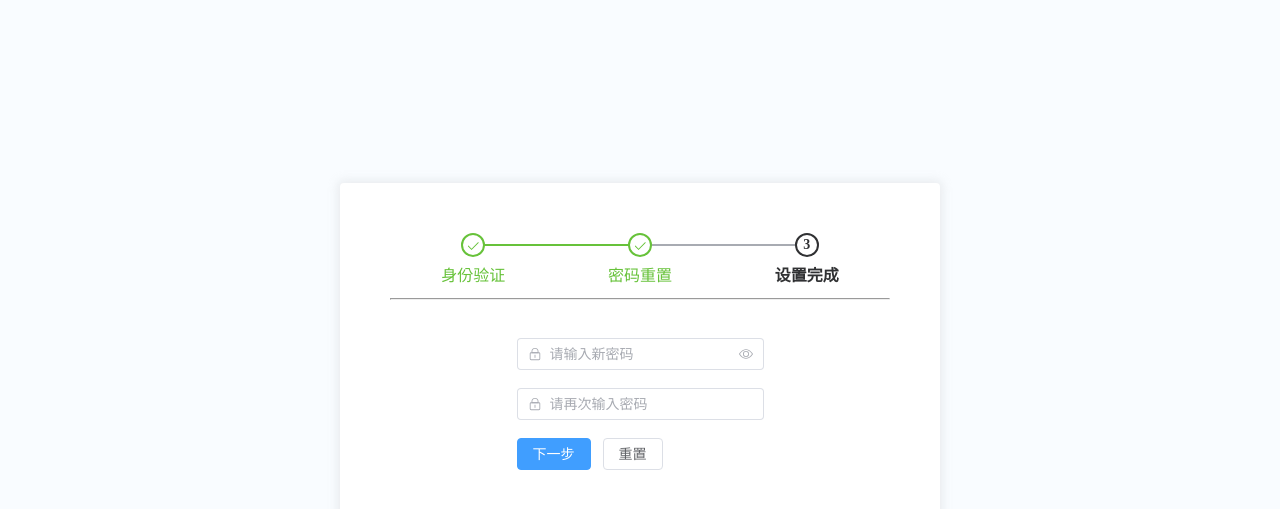
Repository: Harmony-camp/ckw-manager
Page: /#/ForgotPassword (app in manage/)
The author's editor kept a copy of each file at every save. The page is drawn from the files as they stood at one save, then again after the next save.
The browser window is 1280 px wide. The pictures show the whole page.
The project was rebuilt for these pictures with package versions that can differ from the ones it lists, and the page was loaded fresh each time. Also part of the build but not shown: manage/vite.config.js.

Above is the page before, as saved 2023-05-27 11:28:30.

After the next save:
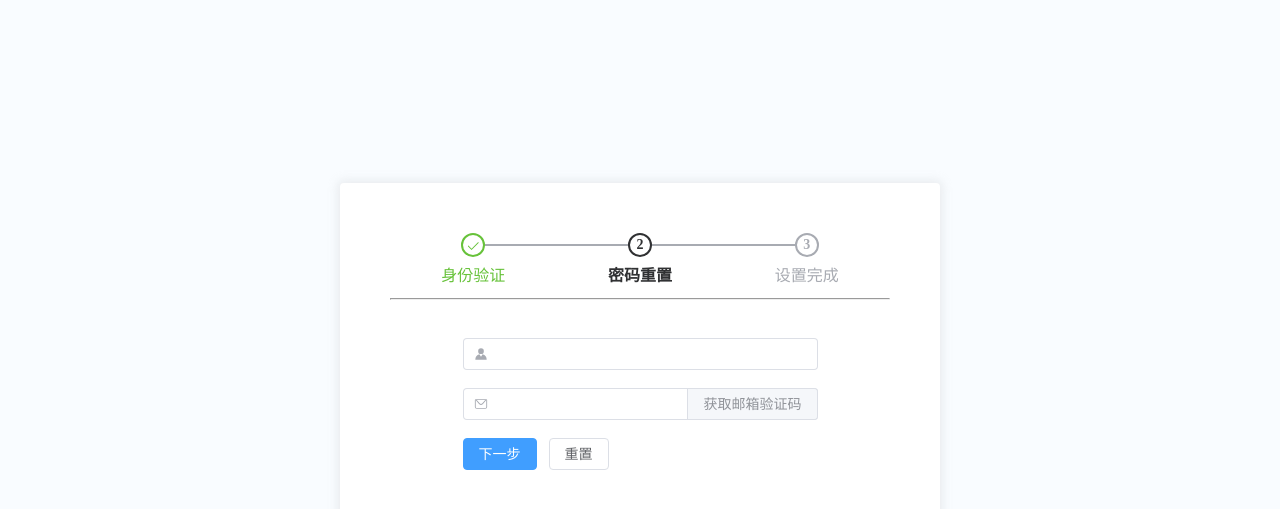
Saved 33 s later.
--- a/manage/src/views/login/ForgotPassword.vue
+++ b/manage/src/views/login/ForgotPassword.vue
@@ -70,7 +70,7 @@
 import { ref,reactive } from "vue";
 import { Avatar, Message,Lock ,View} from "@element-plus/icons-vue";
 
-const active = ref(2);
+const active = ref(1);
 const passwd = ref("")
 const setPasswd = reactive({
 

After the save that followed:
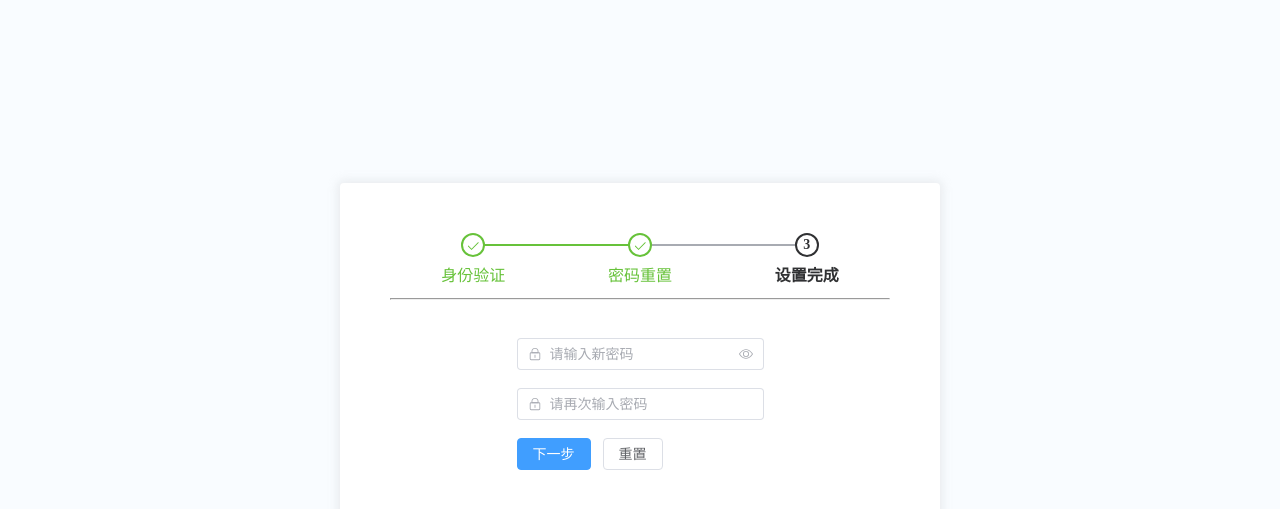
Saved 5 s later.
--- a/manage/src/views/login/ForgotPassword.vue
+++ b/manage/src/views/login/ForgotPassword.vue
@@ -70,7 +70,7 @@
 import { ref,reactive } from "vue";
 import { Avatar, Message,Lock ,View} from "@element-plus/icons-vue";
 
-const active = ref(1);
+const active = ref(2);
 const passwd = ref("")
 const setPasswd = reactive({
 
